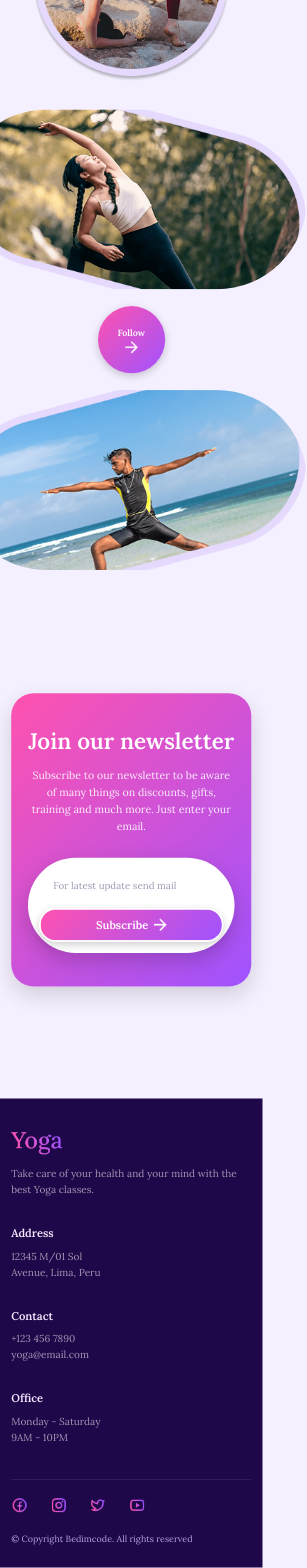
Repository: EunsuhJeon/responsive-yoga-website
Page: index.html
The author's editor kept a copy of each file at every save. The page is drawn from the files as they stood at one save, then again after the next save.
The browser window is 375 px wide. The page is 438 px wide, so the pictures cover 438 px, including what lies to the right of the window. The pictures show the part of the page from y = 2375 to 4615 px (the page is 4615 px tall before and 4575 px after), at 70% of full size.

Above is the page before, as saved 2025-11-26 01:37:33.

### index.html
<!DOCTYPE html>
<html lang="en">
<head>
    <meta charset="UTF-8">
    <meta name="viewport" content="width=device-width, initial-scale=1.0">
    <title>Yoga website</title>
    <link rel="stylesheet" href="./main.css">
    <link rel="preconnect" href="https://fonts.googleapis.com">
    <link rel="preconnect" href="https://fonts.gstatic.com" crossorigin>
    <link href="https://fonts.googleapis.com/css2?family=Lora:ital,wght@0,400..700;1,400..700&display=swap" rel="stylesheet">
</head>
<body>
    <header>
        <img src="./assets/logos/logo.png" alt="logo">
        <nav>
            <ul>
                <li>Home</li>
                <li>Services1</li>
                <li>Services2</li>
                <li>Contact</li>
            </ul>
        </nav>
        <a href="#"></a>
    </header>
    <main>
        <!-- Jade - start -->
        <section id="section-hero">
            <h1>Choose Your Best Yoga Teacher</h1>
            <p>Calm your mind and body with the best yoga teachers available, relax your day and stay positive.</p>
            <input class="btn" type="button" value="Get Started Free">
            <div>
                <div>300+</div>
                <p>Yoga Class</p>
            </div>
            <div>
                <div>40+</div>
                <p>Participants</p>
            </div>
        </section>
        <section id="section-influencers">
            <h2>#01</h2>
            <img src="" alt="">
            <p>Get a list of specific influencers in your niche at your fingertips so you can focus on managing your status.</p>
            <a href="#">Next</a>
        </section>
        <section id="section-wellness-cta">
            <img src="" alt="">
            <h2>Bring Happiness To Good Health!</h2>
            <p>If you take care of your good health, take care of your mentality and lead a healthy life with positive thoughts every day.</p>
            <input class="btn" type="button" value="Let's Start">
        </section>
        <!-- Jade - end -->


        <!-- Andrea - start -->
        <section class="section-4-place">
            <div class="section-4-place-content">
                <h1 class="section-4-title">
                    Anytime, Any<br>
                    Place, Any<br>
                    Workout
                </h1>
                <p class="section-4-text">
                    Take your routine at any time of your day, with the new
                    videos and with the teachers who will guide you.
                </p>
                <button class="btn btn-primary">
                    Get Started Free
                    <img
                        class="btn-icon"
                        src="./assets/icons/p2-s1-button-pink-Arrow.png"
                        alt="Arrow icon">
                </button>
            </div>

            <div class="section-4-place-media">
                <div class="section-4-place-images">
                    <img
                        class="section-4-place-img section-4-place-img-top"
                        src="./assets/images/b2-s1-routine-yoga-1.png"
                        alt="Yoga routine 1">
                    <img
                        class="section-4-place-img section-4-place-img-bottom"
                        src="./assets/images/b2-s1-routine-yoga-2.png"
                        alt="Yoga routine 2">
                </div>

                <button class="pill-btn pill-btn-top">
                    <img
                        class="pill-icon"
                        src="./assets/icons/p2-s1-button-white-ri_play.svg"
                        alt="Play icon">
                    High Quality Video
                </button>

                <button class="pill-btn pill-btn-bottom">
                    <img
                        class="pill-icon"
                        src="./assets/icons/p2-s1-button-white-person.svg"
                        alt="Person icon">
                    Professional Trainer
                </button>
            </div>
        </section>

        <!-- Seccion 5 - Follow -->
        <section class="seccion-5-follow">

        <!-- fila superior -->
        <div class="seccion-5-top">
            <img
            class="seccion-5-img seccion-5-img-tl"
            src="./assets/images/b2-s2-follow-yoga-1.png"
            alt="Yoga pose top-left">

            <div class="seccion-5-text">
            <h2 class="seccion-5-title">
                Follow Us On<br>Instagram
            </h2>
            <p class="seccion-5-hashtag">
                <span class="gradient-text">#YOGA</span>
            </p>
            </div>

            <img
            class="seccion-5-img seccion-5-img-tr"
            src="./assets/images/b2-s2-follow-yoga-2.png"
            alt="Yoga pose top-right">
        </div>

        <!-- fila inferior -->
        <div class="seccion-5-bottom">

            <img
            class="seccion-5-img seccion-5-img-bl"
            src="./assets/images/b2-s2-follow-yoga-3.png"
            alt="Yoga pose bottom-left">

            <button class="btn btn-circle">
            <span>Follow</span>
            <img
                class="btn-icon"
                src="./assets/icons/p2-s1-button-pink-Arrow.png"
                alt="Arrow icon">
            </button>

            <img
            class="seccion-5-img seccion-5-img-br"
            src="./assets/images/b2-s2-follow-yoga-4.png"
            alt="Yoga pose bottom-right">
        </div>
        </section>

        <!-- Seccion 6 - Newsletter -->
        <section class="seccion-6-newsletter">

        <div class="newsletter-box">

            <h2 class="newsletter-title">Join our newsletter</h2>

            <p class="newsletter-subtitle">
            Subscribe to our newsletter to be aware of many things on discounts, gifts,
            training and much more. Just enter your email.
            </p>

            <div class="newsletter-form">
            <div class="newsletter-input-wrapper">

                <input
                type="email"
                class="newsletter-input"
                placeholder="For latest update send mail">

                <button class="btn newsletter-btn">
                Subscribe
                <img
                    class="btn-icon"
                    src="./assets/icons/p2-s1-button-pink-Arrow.png"
                    alt="Arrow icon">
                </button>

            </div>
            </div>

        </div>

        </section>
    </main>
    <!---------------------------------- Footer ------------------------------------>
    <footer class="site-footer">

    <div class="footer-inner">

        <!-- Columna 1: Logo + texto -->
        <div class="footer-col footer-brand">
        <img
            src="./assets/logos/logo.png"
            alt="Yoga logo"
            class="footer-logo">

        <p class="footer-description">
            Take care of your health and your mind with the best Yoga classes.
        </p>
        </div>

        <!-- Columna 2 -->
        <div class="footer-col">
        <h3 class="footer-heading">Address</h3>
        <p class="footer-text">
            12345 M/01 Sol<br>
            Avenue, Lima, Peru
        </p>
        </div>

        <!-- Columna 3 -->
        <div class="footer-col">
        <h3 class="footer-heading">Contact</h3>
        <p class="footer-text">
            +123 456 7890<br>
            yoga@email.com
        </p>
        </div>

        <!-- Columna 4 -->
        <div class="footer-col">
        <h3 class="footer-heading">Office</h3>
        <p class="footer-text">
            Monday - Saturday<br>
            9AM - 10PM
        </p>
        </div>

    </div>

    <!-- Línea divisoria -->
    <div class="footer-divider"></div>

    <!-- Redes sociales --><!-- Copyright -->
    <div class="footer-bottom-row">
    <div class="footer-social">
        <a href="#"><img src="./assets/icons/facebook-icon.png" alt="Facebook icon"></a>
        <a href="#"><img src="./assets/icons/instagram-icon.png" alt="Instagram icon"></a>
        <a href="#"><img src="./assets/icons/twitter-icon.png" alt="Twitter icon"></a>
        <a href="#"><img src="./assets/icons/youtube-icon.png" alt="YouTube icon"></a>
    </div>

    <p class="footer-copy">
        © Copyright Bedimcode. All rights reserved
    </p>
    </div>


    </footer>

    <!-- Andrea - end -->
</body>
</html>

### main.css
*{
    box-sizing: border-box;
    margin: 0;
    padding: 0;
    font-family: "Lora", serif;
    font-optical-sizing: auto;
    font-style: normal;
}

body{
    width: 100%;
    height: 100%;
}

:root {
  --btn-gradient: linear-gradient(135deg, #FF52AF, #9F53FF);
  --btn-text: #fff;
  --btn-radius: 64px;
  --btn-padding: 12px 24px;
  --btn-shadow: 0 4px 12px rgba(0, 0, 0, 0.20);
}

button,
.btn {
  background: var(--btn-gradient);
  color: var(--btn-text);
  padding: var(--btn-padding);
  border: none;
  border-radius: var(--btn-radius);
  box-shadow: var(--btn-shadow);

  font-size: 16px;
  font-weight: 600;
  cursor: pointer;
  transition: transform 0.2s ease, opacity 0.2s ease;
}

/* Hover */
button:hover,
.btn:hover {
  transform: translateY(-2px);
  opacity: 0.9;
}

/* Active (cuando se hace click) */
button:active,
.btn:active {
  transform: translateY(0);
  opacity: 0.75;
}

@media (prefers-color-scheme: light) {
  body {
    background: #F5F0FF;
    color: #220953;
  }
}

@media (prefers-color-scheme: dark) {
  body {
    background: #14092A;
    color: #D1C0F1;
  }

    /* Andrea: Section-4 pill buttons cambian a #372A51 en oscuro */
  .pill-btn {
    background: #372A51;
    color: #F5F0FF;
  }
}



/* jade - start */

/* jade - end */



/* Andrea - start */

/* ---------- Section 4 - Place ---------- */
/* ----------TIPOGRAFÍA / TEXTOS---------- */

.section-4-title {
  font-size: clamp(2.4rem, 3vw + 1.2rem, 3.4rem);
  line-height: 1.2;
  margin-bottom: 16px;
}

.section-4-text {
  font-size: 0.95rem;
  line-height: 1.6;
  max-width: 360px;
  margin-bottom: 24px;
}

/* botón principal dentro de la sección */
.btn-primary {
  display: inline-flex;
  align-items: center;
  gap: 10px;
}

.btn-icon {
  width: 20px;
  height: 20px;
}

/* ---------- SECTION-4-PLACE ---------- */

.section-4-place {
  max-width: 1120px;
  margin: 0 auto;
  padding: 80px 16px;
  display: flex;
  align-items: center;
  justify-content: space-between;
  gap: 56px;
}

.section-4-place-content {
  flex: 1;
}

.section-4-place-media {
  flex: 1;
  position: relative;
  display: flex;
  justify-content: center;
}

.section-4-place-images {
  position: relative;
  width: 360px;
  height: 360px;
}

.section-4-place-img {
  width: 100%;
  height: auto;
  border-radius: 192px;
  object-fit: cover;
}

.section-4-place-img-top {
  position: absolute;
  top: 0;
  left: 0%;
  width: 85%;
  z-index: 2;
}

.section-4-place-img-bottom {
  position: absolute;
  bottom: 0;
  right: 0%;
  width: 90%;
  z-index: 1;
}

/* ---------- BOTONES BLANCOS (PILLS) ---------- */

.pill-btn {
  position: absolute;
  display: inline-flex;
  align-items: center;
  gap: 8px;
  padding: 8px 16px;
  border-radius: 16px;
  background: #ffffff;
  color: #372A51;
  font-size: 0.75rem;
  font-weight: 600;
  box-shadow: var(--btn-shadow);
  border: none;
  z-index: 10;
}

.pill-icon {
  width: 18px;
  height: 18px;
}

.pill-btn-top {
  top: 22%;
  right: 12%;
  transform: translate(20%, -50%);
}

.pill-btn-bottom {
  bottom: 12%;
  left: 12%;
  transform: translate(-15%, 50%);
}


/* ---------- RESPONSIVE ---------- */

@media (max-width: 768px) {
  .section-4-place {
    flex-direction: column;
    text-align: center;
    padding-top: 48px;
  }

  .section-4-place-content {
    order: 1;
  }

  .section-4-place-text {
    margin-left: auto;
    margin-right: auto;
  }

  .section-4-place-media {
    order: 2;
    width: 100%;
  }

  .section-4-place-images {
    width: 280px;
    height: 280px;
  }

  .pill-btn-top {
    top: 12%;
    right: 8%;
    transform: translate(0, -50%);
  }

  .pill-btn-bottom {
    bottom: 6%;
    left: 20%;
    transform: translate(0, 50%);
  }
}

/* -------- Seccion 5 - Follow -------- */

.seccion-5-follow {
  max-width: 1120px;
  margin: 0 auto;
  padding: 80px 16px 96px;
}

/* Filas superior e inferior */
.seccion-5-top,
.seccion-5-bottom {
  display: flex;
  align-items: center;
  justify-content: space-between;
  gap: 32px;
}

.seccion-5-top {
  margin-bottom: 40px;
}

/* Texto del centro */
.seccion-5-text {
  text-align: center;
}

.seccion-5-title {
  font-size: clamp(2rem, 2.4vw + 1rem, 2.6rem);
  line-height: 1.3;
  margin-bottom: 8px;
}

.seccion-5-hashtag {
  font-size: 1rem;
}

/* Hashtag #YOGA con gradiente */
.gradient-text {
  background: var(--btn-gradient);
  -webkit-background-clip: text;
  background-clip: text;
  color: transparent;
  font-weight: 700;
}

/* Estilo base para todas las imágenes */
.seccion-5-img {
  object-fit: cover;
  border-radius: 192px;
  background: transparent;
}

/* Imágenes superiores (verticales) */
.seccion-5-img-tl,
.seccion-5-img-tr {
  width: 280px;
  height: 420px;
}

/* Imágenes inferiores (apaisadas, ya rotadas en el archivo) */
.seccion-5-img-bl,
.seccion-5-img-br {
  width: 500px;
  height: 257px;
}

/* Botón circular central */
.btn-circle {
  width: 96px;
  height: 96px;
  padding: 0;
  border-radius: 64px;
  display: flex;
  flex-direction: column;
  align-items: center;
  justify-content: center;
  gap: 4px;
  font-size: 0.8rem;
}

.btn-circle .btn-icon {
  width: 18px;
  height: 18px;
}

/* -------- Responsive -------- */

@media (max-width: 768px) {
  .seccion-5-follow {
    padding-top: 48px;
  }

  .seccion-5-top,
  .seccion-5-bottom {
    flex-direction: column;
    gap: 24px;
  }

  .seccion-5-text {
    order: 1;
  }

  .seccion-5-img-tl {
    order: 0;
  }

  .seccion-5-img-tr {
    order: 2;
  }
}

/* -------- Seccion 6 - Newsletter -------- */

.seccion-6-newsletter {
  max-width: 1120px;
  margin: 0 auto;
  padding: 80px 16px;
  display: flex;
  justify-content: center;
}

.newsletter-box {
  width: 100%;
  background: var(--btn-gradient); /* tu gradiente rosa-violeta */
  padding: 60px 40px;
  border-radius: 32px;
  text-align: center;
  color: #ffffff;
  box-shadow: 0 12px 30px rgba(0, 0, 0, 0.15);
}

.newsletter-title {
  font-size: clamp(2rem, 2.4vw + 1rem, 2.8rem);
  font-weight: 600;
  margin-bottom: 16px;
}

.newsletter-subtitle {
  max-width: 640px;
  margin: 0 auto 32px;
  font-size: 0.95rem;
  line-height: 1.6;
  opacity: 0.9;
}

/* ---------- Formulario ---------- */

.newsletter-form {
  display: flex;
  justify-content: center;
}

.newsletter-input-wrapper {
  display: flex;
  align-items: center;
  background: #ffffff;
  border-radius: 999px;
  padding: 4px;
  max-width: 520px;
  width: 100%;
  box-shadow: 0 12px 30px rgba(0, 0, 0, 0.18);
}

/* input */
.newsletter-input {
  flex: 1;
  border: none;
  outline: none;
  padding: 14px 20px;
  font-size: 14px;
  border-radius: 999px;
  background: transparent;
  color: #333;
}

.newsletter-input::placeholder {
  color: #9b9bb5;
}

/* botón */
.newsletter-btn {
  display: inline-flex;
  align-items: center;
  gap: 8px;
  padding: 12px 24px;
  border-radius: 999px;
  background: var(--btn-gradient);
  color: var(--btn-text);
  border: 2px solid #ffffff;
  box-shadow: var(--btn-shadow);
  flex-shrink: 0;
}

.newsletter-btn .btn-icon {
  width: 18px;
  height: 18px;
}

/* ---------- Responsive ---------- */

@media (max-width: 768px) {

  .newsletter-box {
    padding: 48px 24px;
  }

  .newsletter-input-wrapper {
    flex-direction: column;
    align-items: stretch;
    gap: 10px;
    padding: 16px;
  }

  .newsletter-btn {
    width: 100%;
    justify-content: center;
  }
}

/* ------------------------------------ Footer ----------------------------------- */

.site-footer {
  margin-top: 80px;
  padding: 48px 16px 32px;
  color: #f5e9ff;
  background: #1E0849; /* Light mode */
}

/* GRID PRINCIPAL */
.footer-inner {
  max-width: 1120px;
  margin: 0 auto 48px;
  display: grid;
  grid-template-columns: 1.5fr 1fr 1fr 1fr;
  gap: 40px;
  align-items: start; /* ALINEA TODO EN LA MISMA ALTURA */
}

/* Logo */
.footer-logo {
  height: 32px;
  margin-bottom: 16px;
  display: block;
}

/* Texto debajo del logo */
.footer-description {
  font-size: 0.9rem;
  line-height: 1.6;
  color: #A197B4;
  margin: 0; /* IMPORTANTE PARA ALINEAR PERFECTO */
}

/* Headings */
.footer-heading {
  font-size: 1rem;
  font-weight: 600;
  margin-bottom: 12px;
}

/* Textos de columnas */
.footer-text {
  font-size: 0.9rem;
  line-height: 1.6;
  color: #A197B4;
  margin: 0; /* SE ALINEA EXACTO CON EL TEXTO DEL LOGO */
}

/* Línea divisoria */
.footer-divider {
  max-width: 1120px;
  margin: 0 auto 24px;
  height: 1px;
  background: #3a226b;
}

/* Redes sociales debajo de la línea */
.footer-social {
  max-width: 1120px;
  margin: 0 auto 24px;
  display: flex;
  gap: 32px;
}

.footer-social img {
  width: 24px;
  height: 24px;
}

/* Copyright alineado a la derecha */
.footer-bottom {
  max-width: 1120px;
  margin: 0 auto;
  text-align: right;
}

.footer-copy {
  font-size: 0.8rem;
  color: #b6a3e3;
}

/* Responsive */
@media (max-width: 900px) {
  .footer-inner {
    grid-template-columns: 1fr 1fr;
    row-gap: 40px;
  }
}

@media (max-width: 600px) {
  .footer-inner {
    grid-template-columns: 1fr;
  }

  .footer-bottom {
    text-align: center;
  }
}

/* Dark mode */
@media (prefers-color-scheme: dark) {
  .site-footer {
    background: #14092A;
  }
}

/* Andrea - end */

After the next save:
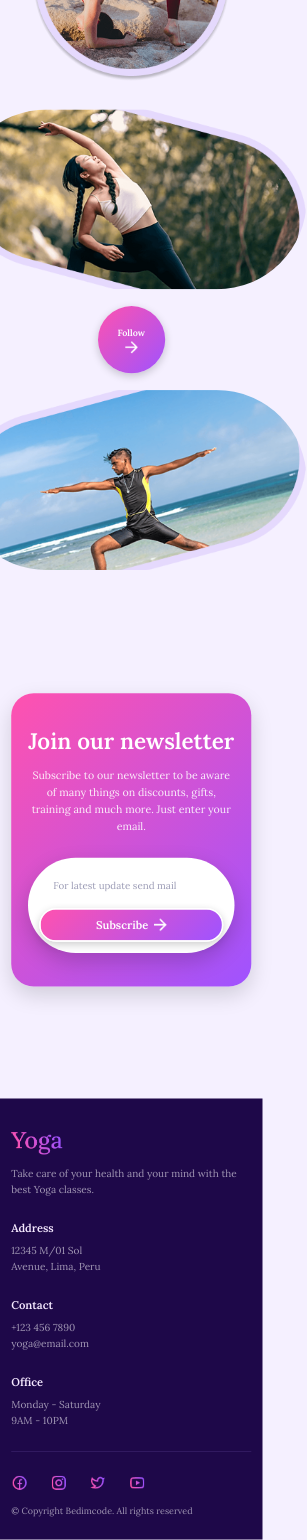
Saved 4 min 54 s later.
--- a/main.css
+++ b/main.css
@@ -460,36 +460,34 @@ button:active,
 .site-footer {
   margin-top: 80px;
   padding: 48px 16px 32px;
-  color: #f5e9ff;
+  color: #F5E9FF;
   background: #1E0849; /* Light mode */
 }
 
-/* GRID PRINCIPAL */
+/* GRID principal: logo + Address + Contact + Office */
 .footer-inner {
   max-width: 1120px;
-  margin: 0 auto 48px;
+  margin: 0 auto 32px;
   display: grid;
   grid-template-columns: 1.5fr 1fr 1fr 1fr;
   gap: 40px;
-  align-items: start; /* ALINEA TODO EN LA MISMA ALTURA */
-}
-
-/* Logo */
+  align-items: start; /* alinea logo y headings en la misma altura */
+}
+
+/* Columna marca (logo + texto) */
 .footer-logo {
   height: 32px;
   margin-bottom: 16px;
   display: block;
 }
 
-/* Texto debajo del logo */
 .footer-description {
   font-size: 0.9rem;
   line-height: 1.6;
-  color: #A197B4;
-  margin: 0; /* IMPORTANTE PARA ALINEAR PERFECTO */
-}
-
-/* Headings */
+  margin: 0;
+}
+
+/* Headings de columnas (Address, Contact, Office) */
 .footer-heading {
   font-size: 1rem;
   font-weight: 600;
@@ -500,24 +498,39 @@ button:active,
 .footer-text {
   font-size: 0.9rem;
   line-height: 1.6;
+  margin: 0;
+}
+
+/* Color para TODOS los textos secundarios:
+   "Take care...", "12345 M/01...", "+123...", "Monday...", y el copyright */
+.footer-description,
+.footer-text,
+.footer-copy {
   color: #A197B4;
-  margin: 0; /* SE ALINEA EXACTO CON EL TEXTO DEL LOGO */
 }
 
 /* Línea divisoria */
 .footer-divider {
   max-width: 1120px;
-  margin: 0 auto 24px;
+  margin: 0 auto 16px;
   height: 1px;
-  background: #3a226b;
-}
-
-/* Redes sociales debajo de la línea */
+  background: #3A226B;
+}
+
+/* Fila inferior: redes sociales (izquierda) + copyright (derecha) */
+.footer-bottom-row {
+  max-width: 1120px;
+  margin: 0 auto;
+  padding-top: 16px;
+  display: flex;
+  justify-content: space-between;
+  align-items: center; /* alinea íconos y texto en la misma altura */
+}
+
+/* Redes sociales */
 .footer-social {
-  max-width: 1120px;
-  margin: 0 auto 24px;
-  display: flex;
-  gap: 32px;
+  display: flex;
+  gap: 32px; /* spacing 32px entre iconos */
 }
 
 .footer-social img {
@@ -525,23 +538,18 @@ button:active,
   height: 24px;
 }
 
-/* Copyright alineado a la derecha */
-.footer-bottom {
-  max-width: 1120px;
-  margin: 0 auto;
-  text-align: right;
-}
-
+/* Copyright */
 .footer-copy {
   font-size: 0.8rem;
-  color: #b6a3e3;
-}
-
-/* Responsive */
+  margin: 0;
+}
+
+/* -------- Footer responsive -------- */
+
 @media (max-width: 900px) {
   .footer-inner {
     grid-template-columns: 1fr 1fr;
-    row-gap: 40px;
+    row-gap: 32px;
   }
 }
 
@@ -550,16 +558,20 @@ button:active,
     grid-template-columns: 1fr;
   }
 
-  .footer-bottom {
-    text-align: center;
-  }
-}
-
-/* Dark mode */
+  .footer-bottom-row {
+    flex-direction: column;
+    gap: 16px;
+    align-items: flex-start;
+  }
+}
+
+/* -------- Footer dark mode -------- */
+
 @media (prefers-color-scheme: dark) {
   .site-footer {
-    background: #14092A;
-  }
-}
+    background: #14092A; /* Dark mode */
+  }
+}
+
 
 /* Andrea - end */
